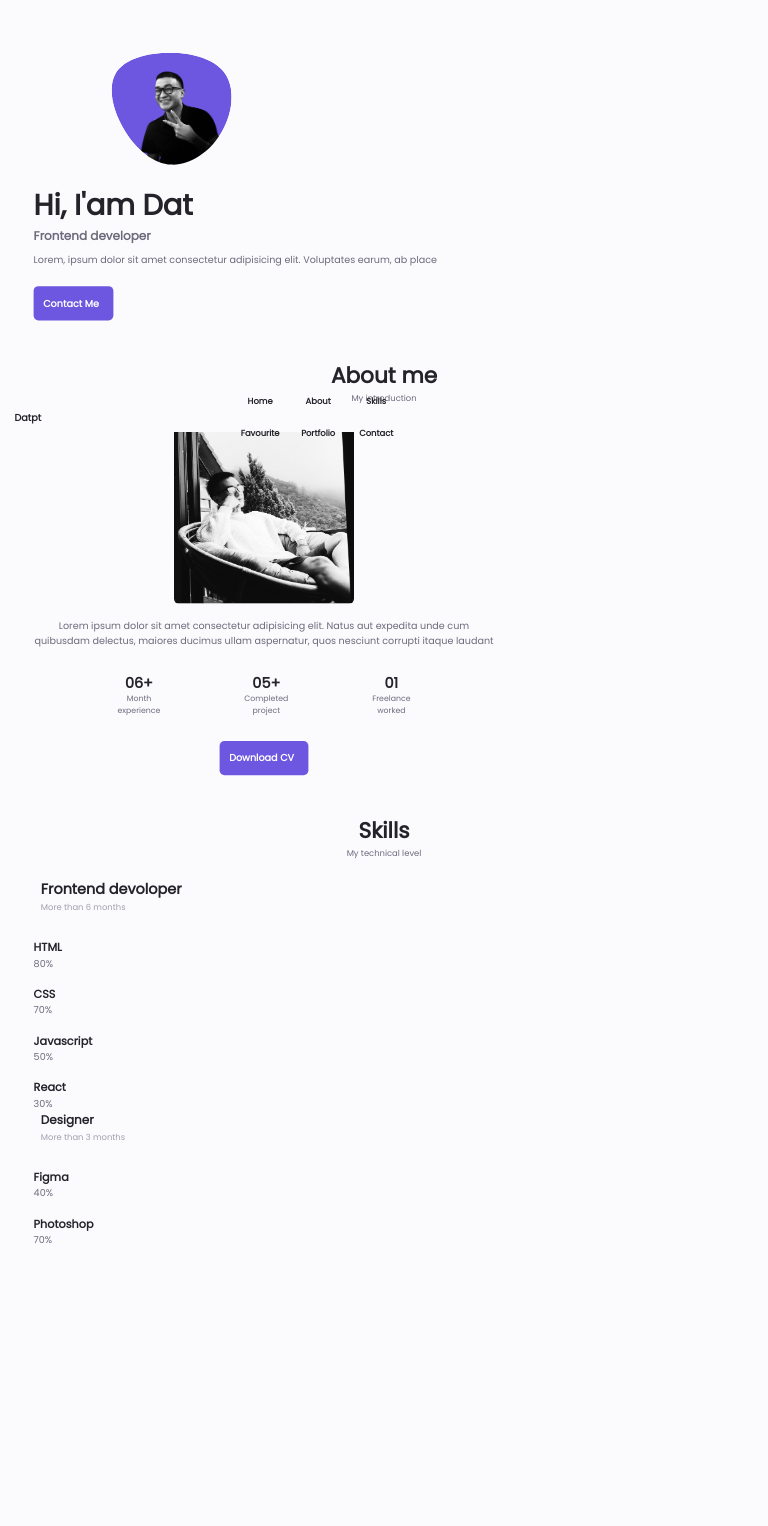
Repository: Datt21/portfolio
Page: index.html
These files come from the project's save history. The page is drawn as it stood at one moment and after the next save; the edit follows.
The browser window is 1280 px wide. The pictures show the whole page, at 60% of full size.
Some icons come from a web library that is not loaded, so they are not drawn.

Above is the page before, as saved 2021-07-10 17:17:40.

### index.html
<!DOCTYPE html>
<html lang="en">
<head>
    <meta charset="UTF-8">
    <meta http-equiv="X-UA-Compatible" content="IE=edge">
    <meta name="viewport" content="width=device-width, initial-scale=1.0">
    <!--============= ICONS ================  -->
    <link rel="stylesheet" href="https://unicons.iconscout.com/release/v4.0.0/css/line.css">

    <!-- ============= SWIPER CSS =============== -->
    <link rel="stylesheet" href="">

    <!-- =============== CSS ========================= -->
    <link rel="stylesheet" href="./Css/style.css">

    <title>Portfolio</title>
</head>
<body>
    <!--============================ HEADER ============================ -->
    <header class="header" id="header">
        <nav class="nav container">
            <a href="#" class="nav__logo">Datpt</a>

            <div class="nav__menu" id="nav-menu">
                <ul class="nav__list grid">
                    <li class="nav__item">
                        <a href="#home" class="nav__link">
                            <i class="uil uil-estate nav__icon"></i>Home
                        </a>
                    </li>
                    <li class="nav__item">
                        <a href="#about" class="nav__link">
                            <i class="uil uil-user nav__icon"></i>About
                        </a>
                    </li>
                    <li class="nav__item">
                        <a href="#skills" class="nav__link">
                            <i class="uil uil-file-alt nav__icon"></i>Skills
                        </a>
                    </li>
                    <li class="nav__item">
                        <a href="#fovourite" class="nav__link">
                            <i class="uil uil-books nav__icon"></i>Favourite
                        </a>
                    </li>
                    <li class="nav__item">
                        <a href="#portfolio" class="nav__link">
                            <i class="uil uil-scenery nav__icon"></i>Portfolio
                        </a>
                    </li>
                    <li class="nav__item">
                        <a href="#contact" class="nav__link">
                            <i class="uil uil-message nav__icon"></i>Contact
                        </a>
                    </li>
                </ul>
                <i class="uil uil-times nav__close" id="nav-close"></i>
            </div>

            <div class="nav__btns">
                <div class="nav__toggle" id="nav-toggle">
                    <i class="uil uil-apps"></i>
                </div>
            </div>
        </nav>
    </header>

     <!--==================== MAIN ====================-->
     <main class="main">
        <!--==================== HOME ====================-->
        <section class="home section" id="home">
            <div class="home__container container grid">
                <div class="home__content grid">
                    <div class="home__social">
                        <a href="https://www.facebook.com/profile.php?id=100043830603950" target="_blank" class="home__social-icon">
                            <i class="uil uil-facebook"></i>
                        </a>
                        <a href="https://t.me/datpt21" target="_blank" class="home__social-icon">
                            <i class="uil uil-telegram-alt"></i>
                        </a>
                        <a href="https://github.com/Datt21" target="_blank" class="home__social-icon">
                            <i class="uil uil-github-alt"></i>
                        </a>
                    </div>

                    <div class="home__img">
                        <svg class="home__blob" viewBox="0 0 200 187" xmlns="http://www.w3.org/2000/svg" xmlns:xlink="http://www.w3.org/1999/xlink">
                            <mask id="mask0" mask-type="alpha">
                                <path d="M190.312 36.4879C206.582 62.1187 201.309 102.826 182.328 134.186C163.346 165.547
                                130.807 187.559 100.226 186.353C69.6454 185.297 41.0228 161.023 21.7403 129.362C2.45775
                                97.8511 -7.48481 59.1033 6.67581 34.5279C20.9871 10.1032 59.7028 -0.149132 97.9666
                                0.00163737C136.23 0.303176 174.193 10.857 190.312 36.4879Z"/>
                            </mask>
                            <g mask="url(#mask0)">
                                <path d="M190.312 36.4879C206.582 62.1187 201.309 102.826 182.328 134.186C163.346
                                165.547 130.807 187.559 100.226 186.353C69.6454 185.297 41.0228 161.023 21.7403
                                129.362C2.45775 97.8511 -7.48481 59.1033 6.67581 34.5279C20.9871 10.1032 59.7028
                                -0.149132 97.9666 0.00163737C136.23 0.303176 174.193 10.857 190.312 36.4879Z"/>

                                <image class="home_blob-img" x='12' y='18 'xlink:href="./images/me.png"/>
                            </g>
                        </svg>

                    </div>

                    <div class="home__data">
                        <h1 class="home__title">Hi, I'am Dat</h1>
                        <h3 class="home_subtitle">Frontend developer</h3>
                        <p class="home_description">Lorem, ipsum dolor sit amet consectetur adipisicing elit.
                            Voluptates earum, ab place</p>
                        <a href="#contact" class="button button--flex">
                            Contact Me<i class="uil uil-message button__icon"></i>
                        </a>
                    </div>
                </div>

                <div class="home_scroll">
                    <a href="#about" class="home__scroll-button button--flex">
                        <i class="uil uil-mouse-alt-2 home__scroll-mouse"></i>
                        <span class="home__scroll-name">Scroll down</span>
                        <i class="uil uil-arrow-down home__scroll-arrow"></i>
                    </a>
                </div>
            </div>
        </section>

        <!--==================== ABOUT ====================-->
        <section class="about section" id="about">
            <h2 class="section__title">About me</h2>
            <span class="section__subtitle">My introduction</span>

            <div class="about__container container grid">
                <img src="./images/me2.jpg" alt="" class="about__img">

                <div class="about-data">
                    <p class="about-decription">Lorem ipsum dolor sit amet consectetur adipisicing elit.
                        Natus aut expedita unde cum quibusdam delectus, maiores ducimus ullam aspernatur, quos nesciunt corrupti itaque laudant</p>

                    <div class="about__info">
                        <div>
                            <span class="about__info-title">06+</span>
                            <span class="about__info-name">Month <br> experience</span>
                        </div>
                        <div>
                            <span class="about__info-title">05+</span>
                            <span class="about__info-name">Completed <br> project</span>
                        </div>
                        <div>
                            <span class="about__info-title">01</span>
                            <span class="about__info-name">Freelance <br> worked</span>
                        </div>
                    </div>

                    <div class="about__buttons">
                        <a download="" href="./pdf/LeTienDat_CV.pdf" class="button button--flex">
                            Download CV <i class="uil uil-download-alt button__icon"></i>
                        </a>
                    </div>
                </div>
            </div>


        </section>

        <!--==================== SKILLS ====================-->
        <section class="skills section" id="skills">
            <h2 class="section__title">Skills</h2>
            <span class="section__subtitle">My technical level</span>

            <div class="skills__container container grid">
                <div>
                    <!-- skill 1 -->
                    <div class="skills__content">
                        <div class="skills__header">
                            <i class="uil uil-brackets-curly skills__icon"></i>

                            <div>
                                <h1 class="skills__titles">Frontend devoloper</h1>
                                <span class="skills__subtitle">More than 6 months</span>
                            </div>
                            <i class="uil uil-angle-down skills__arrow"></i>
                        </div>

                        <div class="skills__list grid">
                            <div class="skills__data">
                                <div class="skills__titles">
                                    <h3 class="skills__name">HTML</h3>
                                    <span class="skills__number">80%</span>
                                </div>
                                <div class="skills__bar">
                                    <span class="skills__percentage skills__html"></span>
                                </div>
                            </div>

                            <div class="skills__data">
                                <div class="skills__titles">
                                    <h3 class="skills__name">CSS</h3>
                                    <span class="skills__number">70%</span>
                                </div>
                                <div class="skills__bar">
                                    <span class="skills__percentage skills__css"></span>
                                </div>
                            </div>

                            <div class="skills__data">
                                <div class="skills__titles">
                                    <h3 class="skills__name">Javascript</h3>
                                    <span class="skills__number">50%</span>
                                </div>
                                <div class="skills__bar">
                                    <span class="skills__percentage skills__js"></span>
                                </div>
                            </div>

                            <div class="skills__data">
                                <div class="skills__titles">
                                    <h3 class="skills__name">React</h3>
                                    <span class="skills__number">30%</span>
                                </div>
                                <div class="skills__bar">
                                    <span class="skills__percentage skills__react"></span>
                                </div>
                            </div>
                        </div>
                    </div>

                    <!-- skill 2 -->
                    <div class="skills__content">
                        <div class="skills__header">
                            <i class="uil uil-swatchbook skills__icon"></i>

                            <div>
                                <h1 class="skills__title">Designer</h1>
                                <span class="skills__subtitle">More than 3 months</span>
                            </div>
                            <i class="uil uil-angle-down skills__arrow"></i>
                        </div>

                        <div class="skills__list grid">
                            <div class="skills__data">
                                <div class="skills__titles">
                                    <h3 class="skills__name">Figma</h3>
                                    <span class="skills__number">40%</span>
                                </div>
                                <div class="skills__bar">
                                    <span class="skills__percentage skills__html"></span>
                                </div>
                            </div>

                            <div class="skills__data">
                                <div class="skills__titles">
                                    <h3 class="skills__name">Photoshop</h3>
                                    <span class="skills__number">70%</span>
                                </div>
                                <div class="skills__bar">
                                    <span class="skills__percentage skills__css"></span>
                                </div>
                            </div>

                        </div>
                    </div>
                </div>
            </div>


        </section>

        <!--==================== QUALIFICATION ====================-->
        <section class="qualification section">


        </section>

        <!--==================== SERVICES ====================-->
        <section class="services section" id="services">


        </section>

        <!--==================== PORTFOLIO ====================-->
        <section class="portfolio section" id="portfolio">


        </section>

        <!--==================== PROJECT IN MIND ====================-->
        <section class="project section">


        </section>

        <!--==================== TESTIMONIAL ====================-->
        <section class="testimonial section">


        </section>

        <!--==================== CONTACT ME ====================-->
        <section class="contact section" id="contact">


        </section>
    </main>

    <!--==================== FOOTER ====================-->
    <footer class="footer">


    </footer>

    <!--==================== SCROLL TOP ====================-->


    <!--==================== SWIPER JS ====================-->
    <script src=""></script>

    <!-- =================== JS ======================= -->
    <script src="./JS/main.js"></script>
</body>
</html>

### Css/style.css
/* ========================= GOOGLE FONTS ========================= */
@import url('https://fonts.googleapis.com/css2?family=Poppins&display=swap');

/*========================= VARIABLES CSS ==========================*/
:root{
    --header-height: 3rem;

    /* ---COLORS----- */
    --hue-color: 250;
    --first-color: hsl(var(--hue-color), 69%, 61%);
    --first-color-second: hsl(var(--hue-color), 69%, 61%);
    --first-color-alt: hsl(var(--hue-color), 57%, 53%);
    --first-color-lighter: hsl(var(--hue-color), 92%, 85%);
    --title-color:hsl(var(--hue-color), 8%, 15%);
    --text-color: hsl(var(--hue-color), 8%, 45%);
    --text-color-light: hsl(var(--hue-color), 8%, 65%);
    --input-color: hsl(var(--hue-color), 70%, 96%);
    --body-color: hsl(var(--hue-color), 60%, 99%);
    --container-color: #fff;

    /* --- FONT & SIZES */
    --body-font: 'Poppins', sans-serif;

    --font-semi-bold: 700;
    --font-medium: 600;

    --big-font-size: 2rem;
    --h1-font-size: 1.5rem;
    --h2-font-size: 1.25rem;
    --h3-font-size: 1.125rem;
    --normal-font-size: .938rem;
    --small-font-size: .813rem;
    --smaller-font-size: .75rem;

    /* --- MARGIN BOTTOM */
    --mb-0-25: .25rem;
    --mb-0-5: .5rem;
    --mb-0-75: .75rem;
    --mb-1: 1rem;
    --mb-1-5: 1.5rem;
    --mb-2: 2rem;
    --mb-2-5: 2.5rem;
    --mb-3: 3rem;

    /* Z INDEX */
    --z-tooltip: 10;
    --z-fixed: 100;
    --z-modal: 1000;

}

/* Font size for large devices */
@media screen and (min-width: 968px){
    :root {
        --big-font-size: 3rem;
        --h1-font-size: 2.25rem;
        --h2-font-size: 1.5rem;
        --h3-font-size: 1.25rem;
        --normal-font-size: 1rem;
        --small-font-size: .875rem;
        --smaller-font-size: .813rem;
    }

}

/*====================== Variables Dark Theme ===================  */

/*====================== Button Dark/Light  ===================  */

/*====================== BASE ========================= */
*{
    box-sizing: border-box;
    padding: 0;
    margin: 0;
}

html{
    scroll-behavior: smooth;
}

body{
    margin: 0 0 var(--header-height) 0;
    font-family: var(--body-font);
    font-size: var(--normal-font-size);
    background-color: var(--body-color);
    color: var(--text-color);
}

h1,h2,h3,h4{
    color: var(--title-color);
    font-weight: var(--font-semi-bold)
}

ul{
    list-style: none;
}

a{
    text-decoration: none;
}

img{
    max-width: 100%;
    height: auto;
}

/*========================= set section - css classes ====================  */
.section{
    padding: 2rem;
}

.section__title{
    font-size: var(--h1-font-size);
}

.section__subtitle{
    display: block;
    font-size: var(--small-font-size);
    margin-bottom: var(--mb-2);
}

.section__title,
.section__subtitle{
    text-align: center;
}

/* ===================== LAYOUT ============================== */
.container{
    max-width: 768px;
    margin-left: var(--mb-1-5);
    margin-right: var(--mb-1-5);
}

.grid{
    display: grid;
    gap: 1.5rem;
}

.header{
    width: 100%;
    position: fixed;
    bottom: 0;
    left: 0;
    z-index: var(--z-fixed);
    background-color: var(--body-color);
}

/* ===================== NAV ==================== */
.nav{
    max-width: 968px;
    height: var(--header-height);
    display: flex;
    justify-content:space-between;
    align-items: center;
}

.nav__logo,
.nav__toggle{
    color: var(--title-color);
    font-weight: var(--font-medium);
}

.nav__logo:hover{
    color: var(--first-color);
}

.nav__toggle{
    font-size: 1.1rem;
    cursor: pointer;
}

.nav__toggle:hover{
    color: var(--first-color);
}

@media screen and (max-width: 767px) {
    .nav__menu{
        position: fixed;
        bottom: -100%;
        left: 0;
        width: 100%;
        background-color: var(--body-color);
        padding: 2rem 1.5rem 4rem;
        box-shadow: 0 -1px 4px rgb(0,0,0, .15 );
        border-radius: 1.5rem 1.5rem 0 0;
        transition:0.3s;
    }
}

.nav__list{
    grid-template-columns: repeat(3,1fr);
    gap: 2rem;
}

.nav__link{
    display: flex;
    flex-direction: column;
    align-items: center;
    font-size: var(--small-font-size);
    color: var(--title-color);
    font-weight: var(--font-medium);
}

.nav__link:hover{
    color: var(--first-color);
}

.nav__icon{
    font-size: 1.2rem;
}

.nav__close{
    position: absolute;
    right: 1.3rem;
    bottom: .5rem;
    font-size: 1.5rem;
    cursor: pointer;
    color: var(--first-color);
}

.nav__close:hover{
    color: var(--first-color-alt);
}

/* -----show menu ---------- */
.show-menu{
    bottom: 0;
}

/*==================== HOME ====================*/
.home__container{
    gap: 1rem;
}

.home__content{
    grid-template-columns: .5fr 3fr;
    padding-top: 3.5rem;
    align-items: center;
}

.home__social{
    display: grid;
    grid-template-columns: max-content;
    row-gap: 1rem;
}

.home__social-icon{
    font-size: 1.25rem;
    color: var(--first-color);
}

.home__social-icon:hover{
    color: var(--first-color-alt);
    transform: scale(1.2);
}

.home__blob{
    width: 200px;
    fill: var(--first-color);
}

.home_blob-img{
    width: 170px;
}

.home__data{
    grid-column: 1/3;
}

.home__title{
    font-size: var(--big-font-size);
}

.home_subtitle{
    font-size: var(--h3-font-size);
    color: var(--text-color);
    font-weight: var(--font-medium);
    margin-bottom: var(--mb-0-75);
}

.home_description{
    margin-bottom: var(--mb-2);
}

.home_scroll{
    display: none;
}

.home__scroll-button{
    color: var(--first-color);
    transition: 0.3s;
}

.home__scroll-button:hover{
    transform: translateY(0.25rem);
}

.home__scroll-mouse{
    font-size: 2rem;
}

.home__scroll-name{
    font-size: var(--small-font-size);
    color: var(--title-color);
    font-weight: var(--font-medium);
    margin-right: var(--mb-0-25);
}

.home__scroll-arrow{
    font-size: 1.25rem;
}

/*==================== BUTTONS ====================*/
.button{
    display: inline-block;
    background-color: var(--first-color);
    color: #fff;
    padding: 1rem;
    border-radius: .5rem;
    font-weight: var(--font-medium);
}

.button:hover{
    background-color: var(--first-color-alt);
}

.button__icon{
    font-size: 1.25rem;
    margin-left: var(--mb-0-5);
    transition: 0.3s;
}

.button--flex{
    display: inline-flex;
    align-items: center;
}



/*==================== ABOUT ====================*/
.about__img{
    border-radius: .5rem;
    width: 300px;
    justify-self: center;
    align-self: center;
    height: 300px;
    object-fit: cover;
}

.about-decription{
    text-align: center;
    margin-bottom: var(--mb-2-5);
}

.about__info{
    display: flex;
    justify-content: space-evenly;
    margin-bottom: var(--mb-2-5);
}

.about__info-title{
    font-size: var(--h2-font-size);
    font-weight: var(--font-semi-bold);
    color: var(--title-color);
}

.about__info-name{
    font-size: var(--smaller-font-size);
}

.about__info-title,
.about__info-name{
    display: block;
    text-align: center;
}

.about__buttons{
    display: flex;
    justify-content: center;
}

/*==================== SKILLS ====================*/
.skills__container{
    row-gap: 0;
}

.skills__header{
    display: flex;
    align-items: center;
    margin-bottom: var(--mb-2-5);
    cursor: pointer;
}

.skills__icon,
.skills__arrow{
    font-size: 2rem;
    color: var(--first-color);
}
.skills__icon{
    margin-right: var(--mb-0-75);
}

.skills__title{
    font-size: var(--h3-font-size);
}

.skills__subtitle{
    font-size: var(--small-font-size);
    color: var(--text-color-light);
}
/*==================== QUALIFICATION ====================*/


/*==================== SERVICES ====================*/


/* Active Modal */


/*==================== PORTFOLIO ====================*/


/*==================== PROJECT IN MIND ====================*/


/*==================== TESTIMONIAL ====================*/


/*==================== CONTACT ME ====================*/


/*==================== FOOTER ====================*/


/*========== SCROLL UP ==========*/


/* Show scroll */


/*========== SCROLL BAR ==========*/


/*==================== MEDIA QUERIES ====================*/
/* For small devices */


/* For medium devices */


/* For large devices */

Loaded but not shown: JS/main.js (56 lines, source omitted)

After the next save:
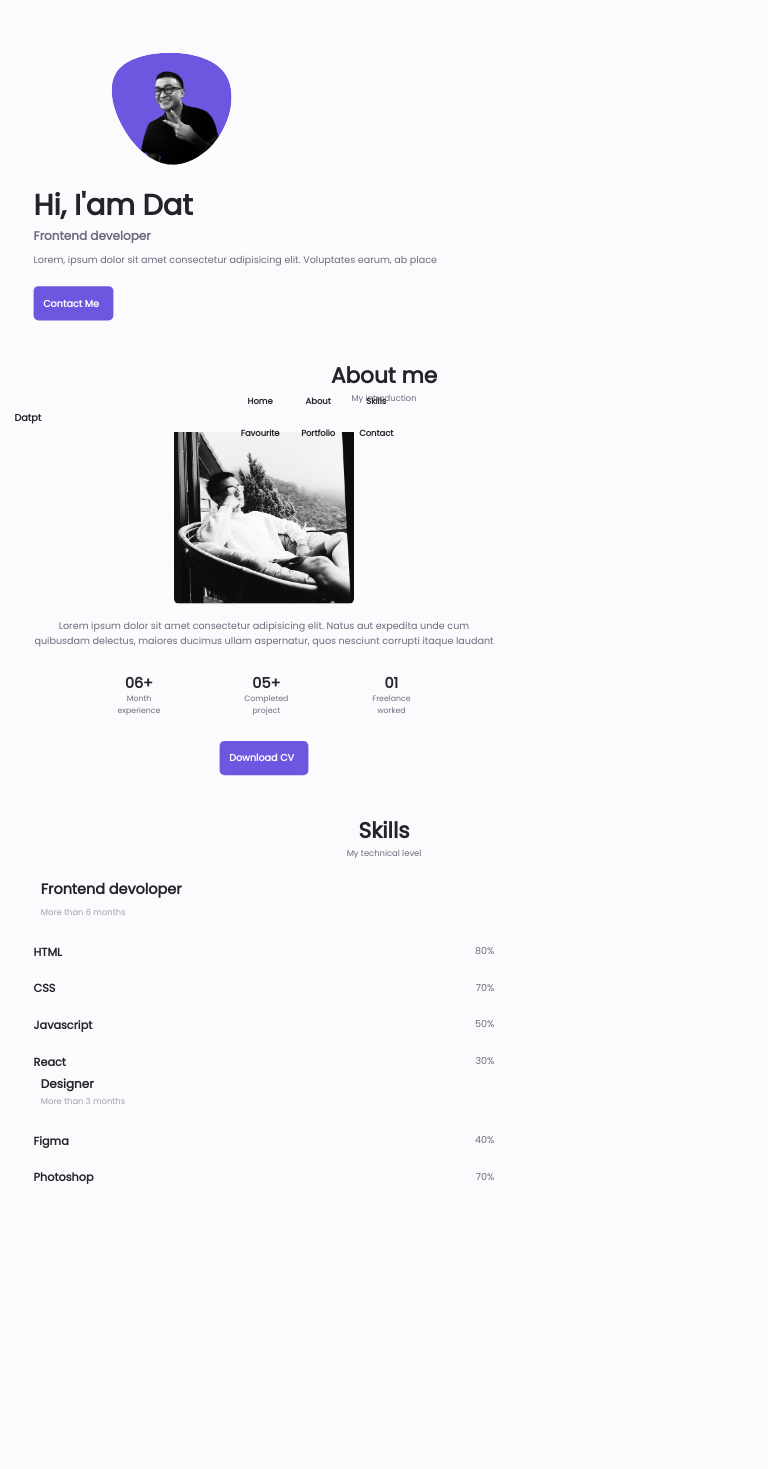
Saved 102 s later.
--- a/Css/style.css
+++ b/Css/style.css
@@ -396,6 +396,7 @@ img{
     font-size: 2rem;
     color: var(--first-color);
 }
+
 .skills__icon{
     margin-right: var(--mb-0-75);
 }
@@ -408,6 +409,17 @@ img{
     font-size: var(--small-font-size);
     color: var(--text-color-light);
 }
+
+.skills{
+    margin-left: auto;
+    transition: .4s;
+}
+
+.skills__titles{
+    display: flex;
+    justify-content: space-between;
+    margin-bottom: var(--mb-0-5);
+}
 /*==================== QUALIFICATION ====================*/
 
 
